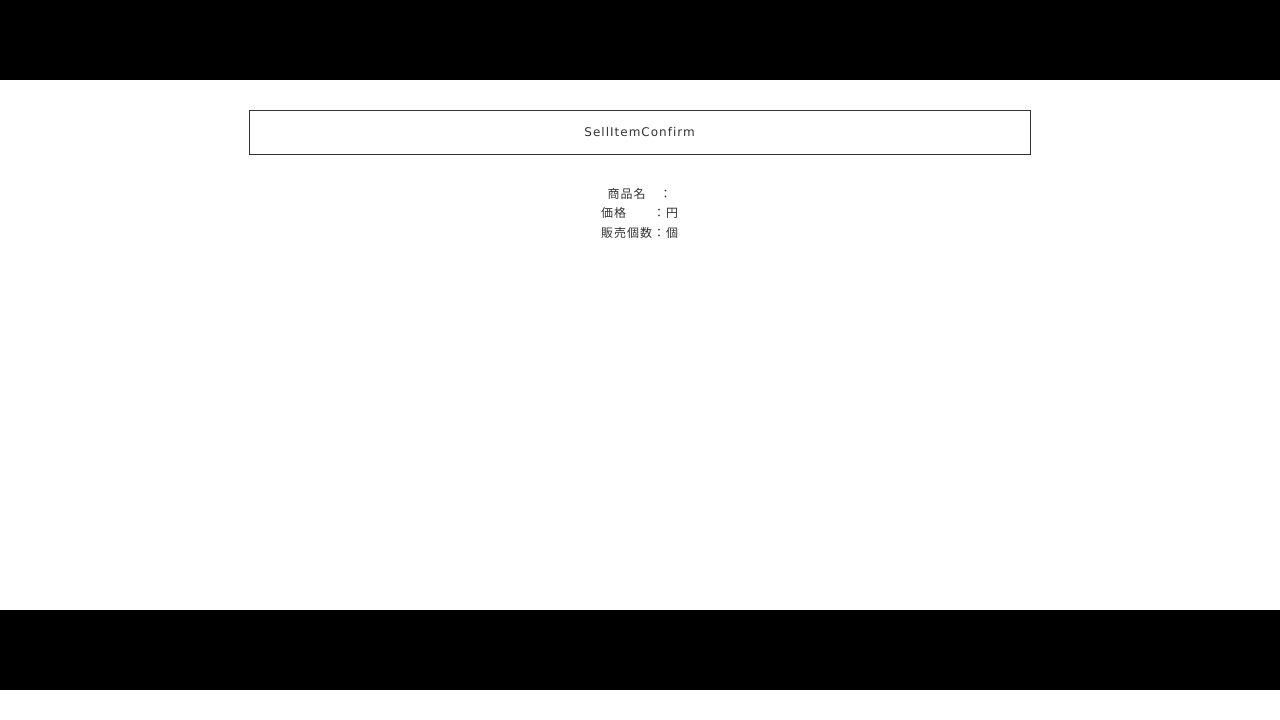
Repository: kazuki7291/backup
Page: http://localhost/template/SellItemAction
An editor plug-in stored every save of this project. The page is shown before and after the next save, followed by the edit.
The browser window is 1280 px wide. The pictures show the whole page.
The page is served by Tomcat 9. Other server files are loaded and not shown.

Above is the page before, as saved 2017-12-20 11:50:52.

### template/WebContent/SellItemConfirm.jsp
<%@ page language="java" contentType="text/html; charset=UTF-8"
	pageEncoding="UTF-8"%>
<%@ taglib prefix="s" uri="/struts-tags"%>

<!DOCTYPE html>
<html>
<head>
	<meta charset="utf-8">
	<meta http-equiv="Content-Type" content="text/html; charset=utf-8" />
	<meta http-equiv="Content-Style-Type" content="text/css" />
	<meta http-equiv="Content-Script-Type" content="text/javascript" />
	<meta http-equiv="imagetoolbar" content="no" />
	<meta name="description" content="" />
	<meta name="keywords" content="" />
	<title>SellItemConfirm画面</title>
	<style type="text/css">
		body {
		   margin:0;
		   padding:0;
		   line-height:1.6;
		   letter-spacing:1px;
		   font-family:Verdana, Helvetica, sans-serif;
		   font-size:12px;
		   color:#333;
		   background:#fff;
		}
		/* ========TEMPLATE LAYOUT======== */
		#top {
		   width:780px;
		   margin:30px auto;
		   border:1px solid #333;
		}

		#header {
		   width: 100%;
		   height: 80px;
		   background-color: black;
		}

		#main {
		   width: 100%;
		   height: 500px;
		   text-align: center;
		}

		#footer {
			width: 100%;
			height: 80px;
			background-color: black;
			clear:both;
		}

		#text-center {
			display: inline-block;
			text-align: center;
		}
	</style>
</head>
<body>
	<div id="header">
	 	<div id="pr">
		</div>
	</div>
	<div id="main">
		<div id="top">
			<p>SellItemConfirm</p>
		</div>
		<div id="main">
			商品名　：<s:property value="session.SellItemName" /><br>
			価格　　：<s:property value="session.SellItemPrice" />円<br>
			販売個数：<s:property value="session.Sellstock" />個<br>
		</div>
	</div>
	<div id="footer">
	 	<div id="pr">
		</div>
	</div>
</body>
</html>

After the next save:
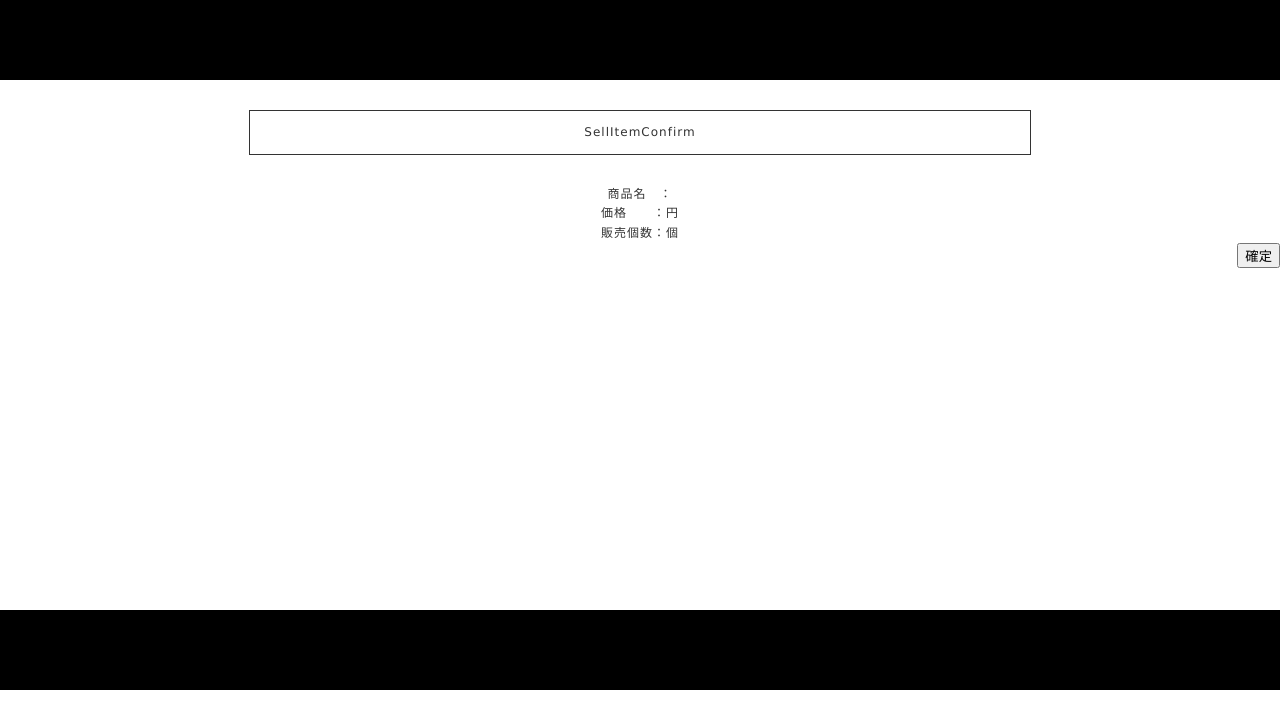
Saved 95 s later.
--- a/template/WebContent/SellItemConfirm.jsp
+++ b/template/WebContent/SellItemConfirm.jsp
@@ -65,11 +65,14 @@
 		<div id="top">
 			<p>SellItemConfirm</p>
 		</div>
-		<div id="main">
-			商品名　：<s:property value="session.SellItemName" /><br>
-			価格　　：<s:property value="session.SellItemPrice" />円<br>
-			販売個数：<s:property value="session.Sellstock" />個<br>
-		</div>
+		<form action="SellItemConfirmAction">
+			<div id="main">
+				商品名　：<s:property value="session.SellItemName" /><br>
+				価格　　：<s:property value="session.SellItemPrice" />円<br>
+				販売個数：<s:property value="session.Sellstock" />個<br>
+				<s:submit value="確定" />
+			</div>
+		</form>
 	</div>
 	<div id="footer">
 	 	<div id="pr">
